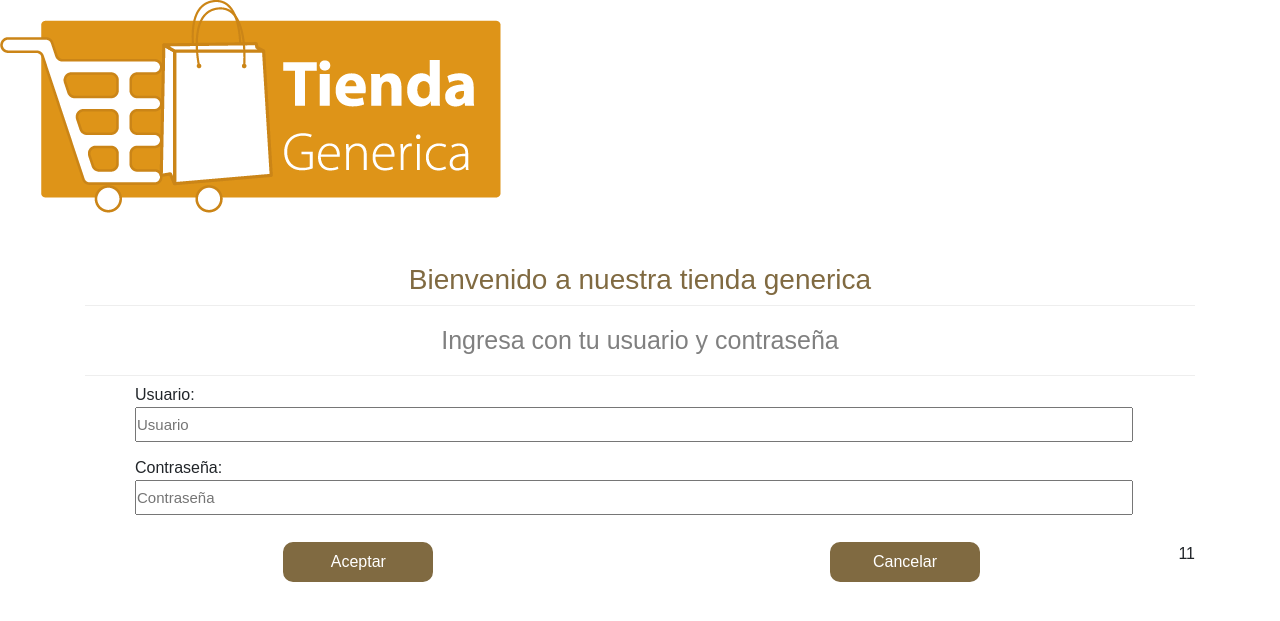
Repository: andresrojas686/tiendaGenericaMintic
Page: primerJSP/src/main/webapp/index.html
These files come from the project's save history. The page is drawn as it stood at one moment and after the next save; the edit follows.
The browser window is 1280 px wide. The pictures show the whole page.

Above is the page before, as saved 2021-09-27 01:58:47.

### primerJSP/src/main/webapp/index.html
<!DOCTYPE html>
<html>
<head>
<meta charset="ISO-8859-1">
<link rel="stylesheet" href="style/styles.css">
<link rel="stylesheet" href="style/main.css">
<link rel="shortcut icon" href="img/logo_pestana.png" />
<title>Tienda generica Eclipse</title>
</head>
<body>
	<img alt="" src="img/logo_header.png" class="logo">
	<h1 class="titulo-tienda">Bienvenido a nuestra tienda generica</h1>
	<section class="main">
		<div class="container">
			<section class="row">
				<div class="col">
					<div class="border-top border-bottom py-3">
						<p class="ingresa">Ingresa con tu usuario y contraseña</p>
				    </div>
				    <div>
						<form action="comprobarUsuario.jsp" method="post">
							<label for="usuario">
								<span>Usuario:</span>
								<input type="text" name="usuario" placeholder="Usuario" id="usuario">
							</label>
							<label for="pass">
								<span>Contraseña:</span>
								<input type="password" name="pass" placeholder="Contraseña" id="pass">
							</label>
							<div class="contenedor-botones">
								<input type="submit" value="Aceptar" class="botones-usuario">
								<input type="reset" value="Cancelar" class="botones-usuario">
								<p id="demo"></p>
							</div>
						</form>
					</div>
				</div>
			</section>
		</div>
	</section>
	<script>
		document.getElementById("demo").innerHTML = 5 + 6;
	</script>
</body>
</html>

### primerJSP/src/main/webapp/style/styles.css
@charset "ISO-8859-1";
*{
    margin: 0;
    padding: 0;
}
body{
	background-color: red;
}
.titulo-tienda{
  text-align: center;
  margin-top: 50px;
  font-family:Arial, Helvetica, sans-serif;
  font-size: 28px;
  color: #806a41;
}
.ingresa{
  text-align: center;
  font-size: 25px;
  color: grey;
}
form label{
  margin-left: 50px;
  margin-top: 7px;
  margin-bottom: 7px;
}
.usuario{
  display: flex;
}
form label input{
  flex-wrap: wrap;
  width: 78vw;
  height: 35px;
  font-size: 15px;
  /* border-radius: 5px; */
}
.contenedor-botones{
  margin-top: 20px;
  display: flex;
  width: 100%;
}

.botones-usuario{
  margin: 0 auto;
  width: 150px;
  height: 40px;
  color: white;
  border: 2px solid #806a41;
  background-color: #806a41;
  border-radius: 10px;
  cursor: pointer;
}
.botones-usuario a{
  color: white;
}
.botones-usuario:hover{
  background-color: white;
  color: #806a41;
  box-shadow: 3px 3px 3px gray;
}
.enlace-usuario{
  text-align: center;
  padding-top: 5px;
  width: 150px;
  height: 40px;
  color: white;
  border: 2px solid #806a41;
  background-color: #806a41;
  border-radius: 10px;
}
.enlace-usuario:hover{
  text-align: center;
  padding-top: 5px;
  width: 150px;
  height: 40px;
  color: white;
  border: 2px solid #806a41;
  background-color: white;
  color: #806a41;
  border-radius: 10px;
}

.agregar-usuario{
  background-color: #806a41 !important;
  border: none !important;
  margin-top: 15px;
}
.agregar-usuario:hover{
  box-shadow: 3px 3px 3px gray;
}


.editar-usuario{
  background-color: #806a41 !important;
  border: none !important;
  margin: 5px;
}
.editar-usuario:hover{
  box-shadow: 3px 3px 3px gray;
}

.eliminar-usuario{
  background-color: #806a41 !important;
  border: none !important;
  margin: 5px;
}
.eliminar-usuario:hover{
  box-shadow: 3px 3px 3px gray;
}


.titulo-tabla{
  color: #806a41;
}
.titulo-tabla-centrada{
  color: #806a41;
  text-align: center;
}

Loaded but not shown: primerJSP/src/main/webapp/style/main.css (library)

After the next save:
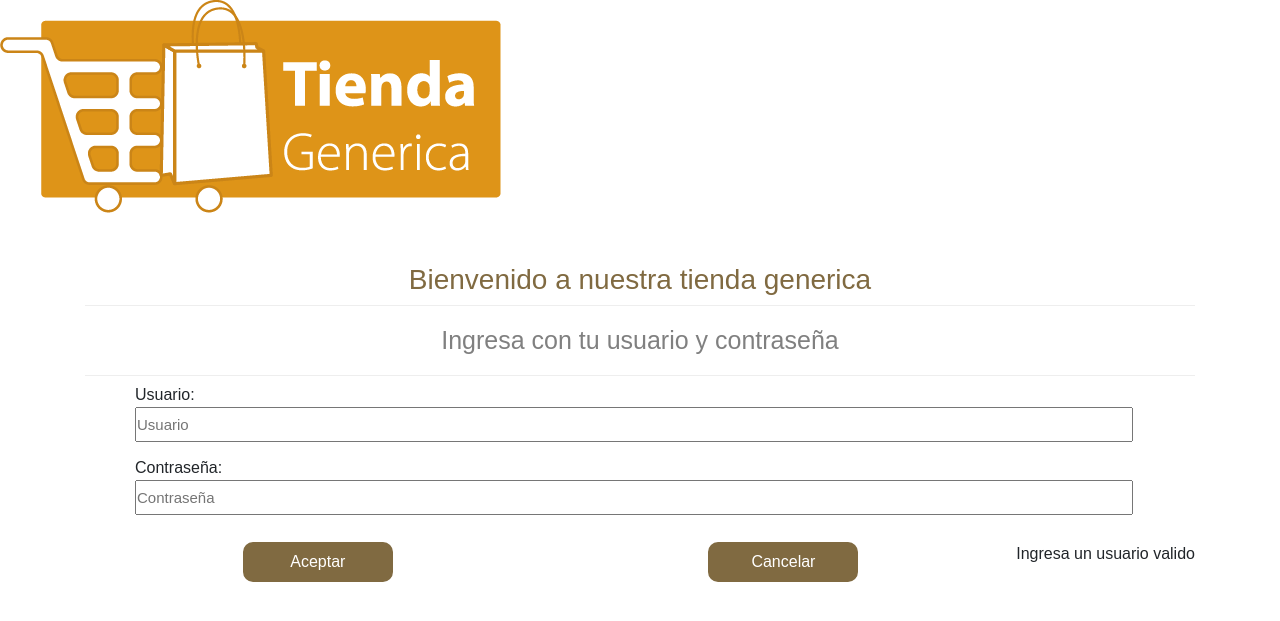
Saved 48 s later.
--- a/primerJSP/src/main/webapp/index.html
+++ b/primerJSP/src/main/webapp/index.html
@@ -39,7 +39,7 @@
 		</div>
 	</section>
 	<script>
-		document.getElementById("demo").innerHTML = 5 + 6;
+		document.getElementById("demo").innerHTML = "Ingresa un usuario valido";
 	</script>
 </body>
 </html>
